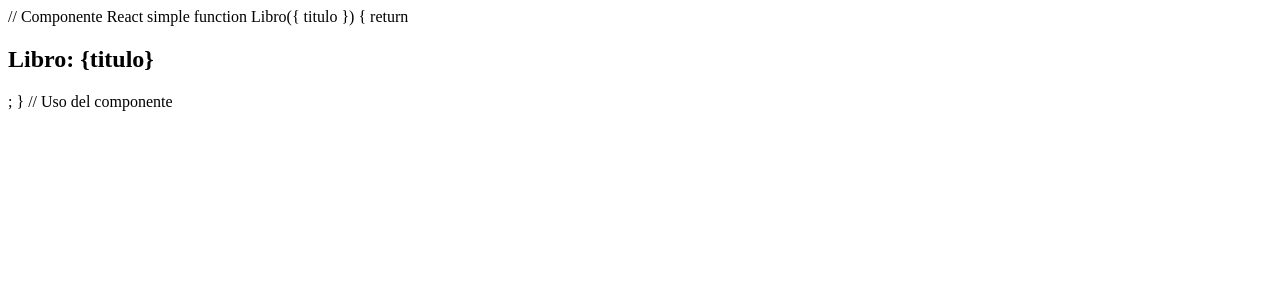
Repository: DiegoJacob0/LabosWeb
Page: 00043719_practica4_seccion1/ejerciciofinal/index.html
These files come from the project's save history. The page is drawn as it stood at one moment and after a run of saves; the edit follows.
The browser window is 1280 px wide. The pictures show the whole page.

Above is the page before, as saved 2025-09-29 14:24:47.

### 00043719_practica4_seccion1/ejerciciofinal/index.html


// Componente React simple
function Libro({ titulo }) {
  return <h2>Libro: {titulo}</h2>;
}

// Uso del componente
<Libro titulo="Cien Años de Soledad" />

After the next 2 saves:
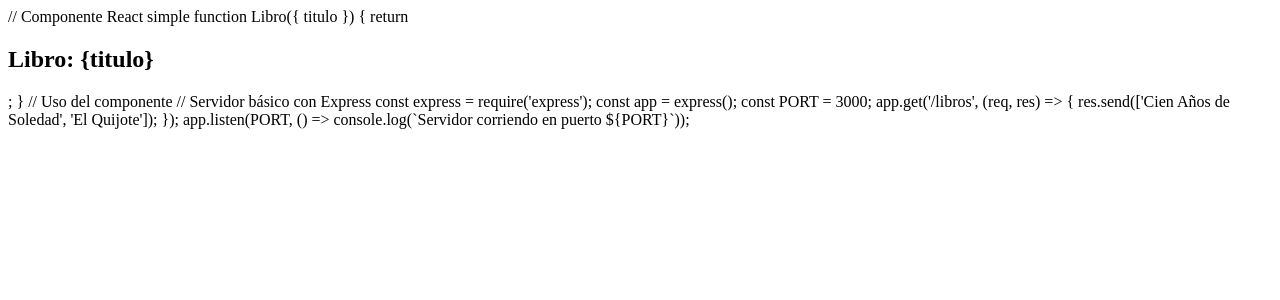
The 2 saves are shown as one change because they came seconds apart.
The last was saved 87 s later.
--- a/00043719_practica4_seccion1/ejerciciofinal/index.html
+++ b/00043719_practica4_seccion1/ejerciciofinal/index.html
@@ -7,3 +7,15 @@ function Libro({ titulo }) {
 
 // Uso del componente
 <Libro titulo="Cien Años de Soledad" />
+
+
+// Servidor básico con Express
+const express = require('express');
+const app = express();
+const PORT = 3000;
+
+app.get('/libros', (req, res) => {
+  res.send(['Cien Años de Soledad', 'El Quijote']);
+});
+
+app.listen(PORT, () => console.log(`Servidor corriendo en puerto ${PORT}`));
